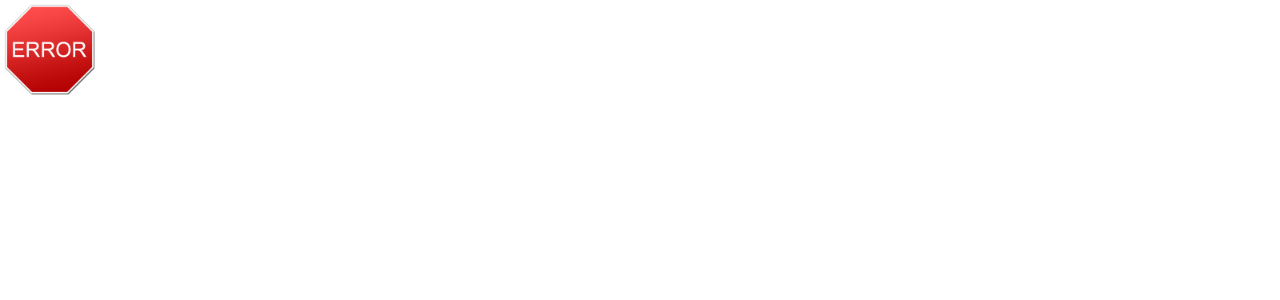
Repository: AhimshaMudbari/JSP_and_Servlet
Page: http://localhost/ExceptionHandlingJSP/Error.jsp
These files come from the project's save history. The page is drawn as it stood at one moment and after the next save; the edit follows.
The browser window is 1280 px wide. The pictures show the whole page.
The page is served by Tomcat 9.

Above is the page before, as saved 2022-06-12 07:42:01.

After the next save:
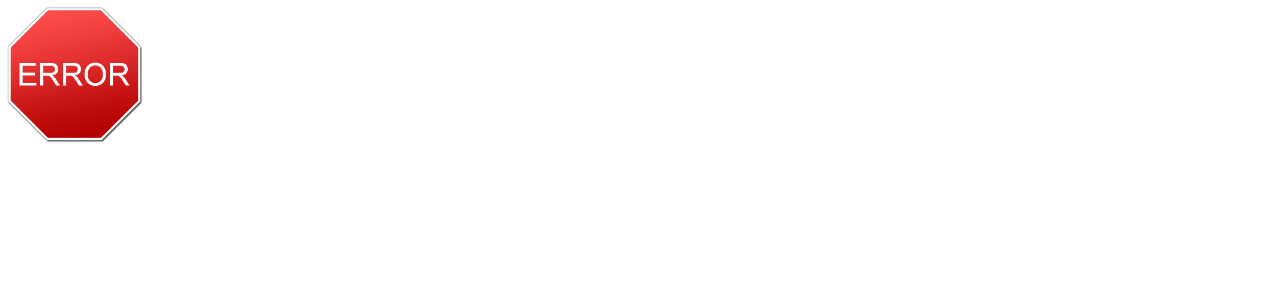
Saved 16 s later.
--- a/ExceptionHandlingJSP/src/main/webapp/Error.jsp
+++ b/ExceptionHandlingJSP/src/main/webapp/Error.jsp
@@ -8,6 +8,6 @@
 <title>Insert title here</title>
 </head>
 <body style="margin: auto;">
-<img src="err.png" height=100>
+<img src="err.png" height=150 width=150>
 </body>
 </html>
